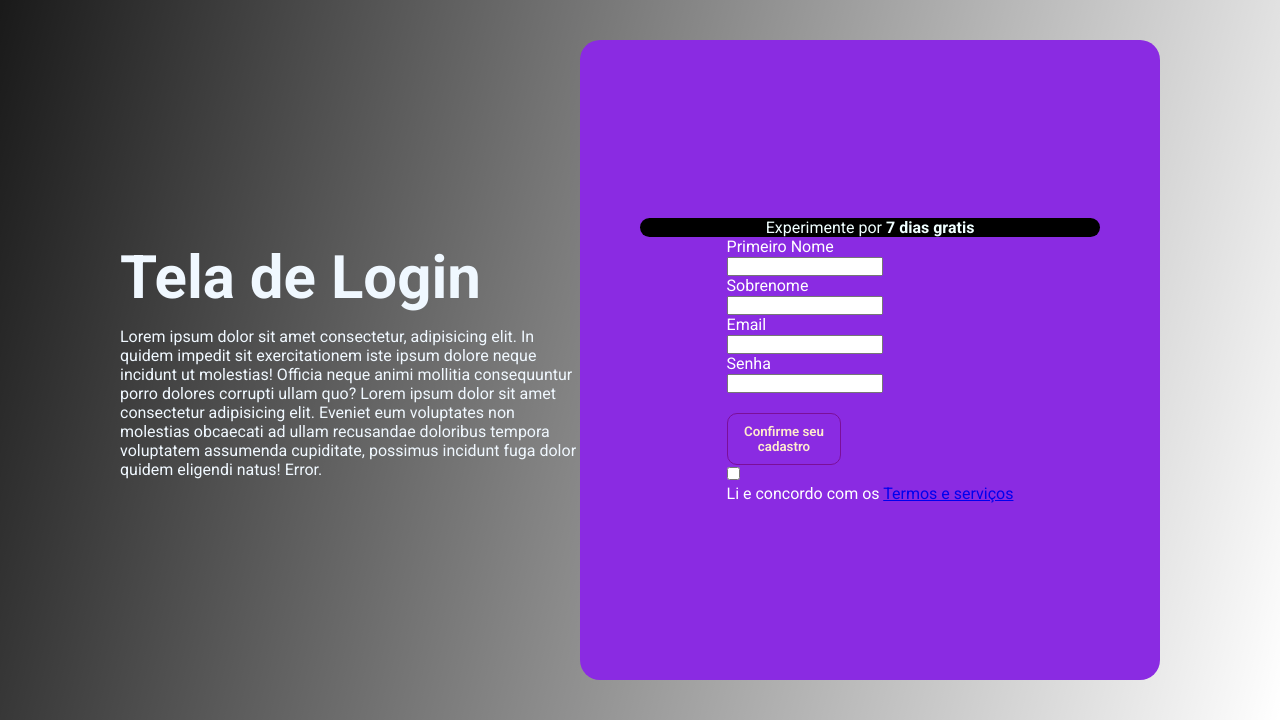
Repository: gimoli/tela-login
Page: index.html
An editor plug-in stored every save of this project. The page is shown before and after the next save, followed by the edit.
The browser window is 1280 px wide. The pictures show the whole page.

Above is the page before, as saved 2025-04-16 22:06:03.

### index.html
<!DOCTYPE html>
<html lang="pt-br">
<head>
    <meta charset="UTF-8">
    <meta name="viewport" content="width=device-width, initial-scale=1.0">
    <title>Document</title>
    <link rel="stylesheet" href="style.css">
    <link rel="preconnect" href="https://fonts.googleapis.com">
<link rel="preconnect" href="https://fonts.gstatic.com" crossorigin>
<link href="https://fonts.googleapis.com/css2?family=Roboto:ital,wght@0,100..900;1,100..900&display=swap" rel="stylesheet">
</head>
<body>
    <main>
            <div class="container-left">
                <h1>Tela de Login</h1>
                <p>Lorem ipsum dolor sit amet consectetur, adipisicing elit. In quidem impedit sit exercitationem iste ipsum dolore neque incidunt ut molestias!
                     Officia neque animi mollitia consequuntur porro dolores corrupti ullam quo? Lorem ipsum dolor sit amet consectetur adipisicing elit.
                     Eveniet eum voluptates non molestias obcaecati ad ullam recusandae doloribus tempora voluptatem assumenda cupiditate,
                      possimus incidunt fuga dolor quidem eligendi natus! Error.</p>
            </div>

            <div class="container-right">
               <a href="a" class="teste-gratis">
                  <p>Experimente por <b>7 dias gratis</b></p>
                  </a>

                  <div class="forms">
                    <form>
                        <div>
                            <label for="name">
                                <p>Primeiro Nome</p>
                                <input id="name" type="text" />
                            </label>
                        </div>

                        <div>
                            <label for="lastname">
                                <p>Sobrenome</p>
                                <input id="lastname" type="text" />
                            </label>
                        </div>

                        <div>
                            <label>
                                <p>Email</p>
                                <input id="email" type="email" />
                            </label>
                        </div>

                        <div>
                            <label>
                                <p>Senha</p>
                                <input id="password" type="password" />
                            </label>
                        </div>

                        <button type="submit">
                            <p>Confirme seu cadastro</p>
                        </button>

                        <div>
                            <input type="checkbox">
                            <p> Li e concordo com os <a href="a"> Termos e serviços</a> </p>
                        </div>

                    </form>
                </div>
            </div>
    </main>
</body>
</html>

### style.css
* {
    margin: 0;
    padding: 0;
    box-sizing: border-box;
    font-family: "Roboto", sans-serif;
}

main {
    display: flex;
    background-image: url("assets/um-fundo-roxo-e-azul-com-um-fundo-roxo.avif") no-repeat center center;
    background-size: cover;
    position: relative;
    height: 100vh;
    z-index: 0;
    padding: 40px 120px;

    &::after{
        content: "";
        background: linear-gradient(105deg, black 0%, rgba(0, 0, 0, 0) 100%);
        position: absolute;
        top: 0;
        left: 0;
        opacity: 0.9;
        width: 100%;
        height: 100%;
        z-index: -1;
    }
}

.container-left {
    color: aliceblue;
    display: flex;
    justify-content: center;
    flex-direction: column;
    gap: 14px;
}

.container-left h1{
    cursor: pointer;
    font-size: 60px;

    &:houver::after{
        content: "";
        position: absolute;
        bottom: 380px;
        left: 120px;
        background-color: aquamarine;
        height: 3px;
        width: 400px;
        animation-name: left-to-right;
        animation-duration: 600ms;
        animation-iteration-count: 1;
    }
}

.container-right {
   display: flex;
   background-color: blueviolet;
   flex-direction: column;
   justify-content: center;
   align-items: center;
   padding: 0 60px;
   border-radius: 20px;
   color: rgb(255, 255, 255);
}

.teste-gratis {
    display: flex;
    justify-content:center;
    align-items: center;
   width: 460px;
   height: ;
    background-color: rgb(0, 0, 0);
    color: azure;
    text-decoration: none;
    border-radius: 20px;
}

.forms {
    display: flex;
    justify-content: center;
}

.forms form{
    gap: 10px;
}

.forms button{
    cursor: pointer;
    margin-top: 20px;
    border-radius: 10px;
    padding: 10px 15px;
    background-color: blueviolet;
    color: blanchedalmond;
    width: 40%;
    align-self: center;
    border: 0.5px solid rgb(123, 15, 153);
    font-weight: 600;

    &:active {
        transform: scale(0.9);
        background-color: rgb(67, 8, 66);
    }

}

.terms {
    display: flex;
    justify-content: center;
    gap: 5px;
}

After the next save:
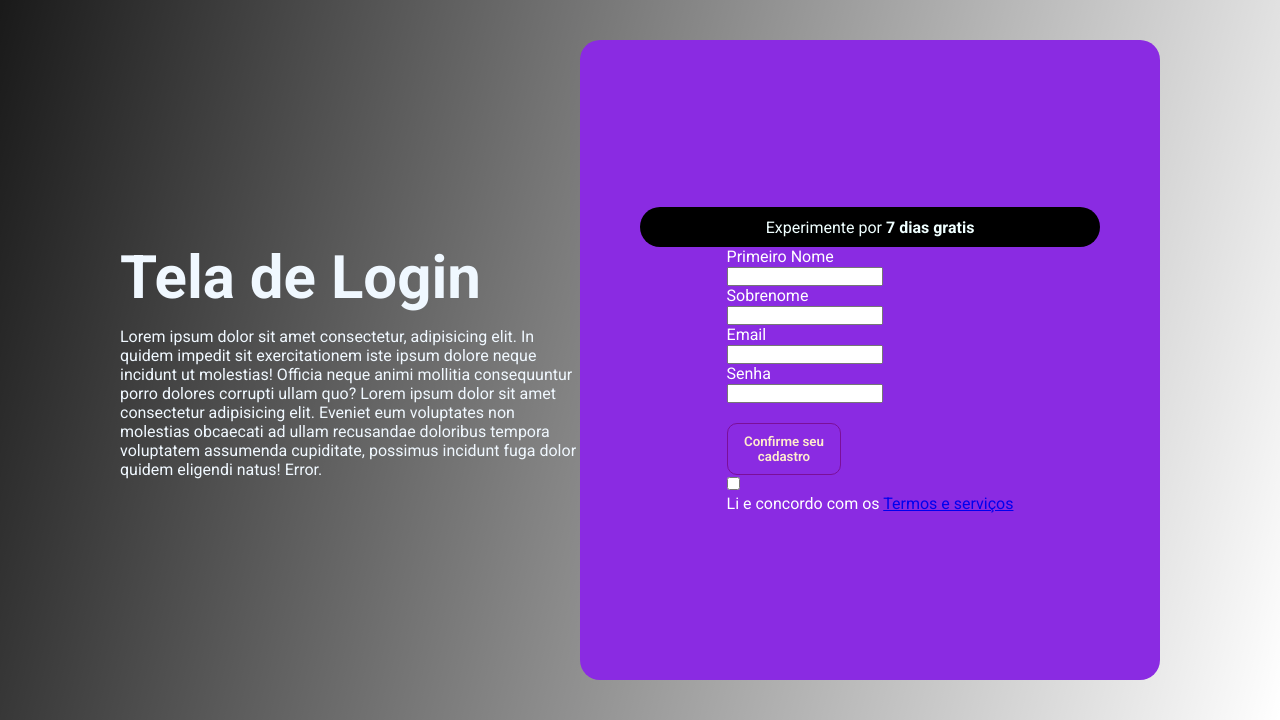
Saved 8 s later.
--- a/style.css
+++ b/style.css
@@ -69,7 +69,7 @@ main {
     justify-content:center;
     align-items: center;
    width: 460px;
-   height: ;
+   height: 40px;
     background-color: rgb(0, 0, 0);
     color: azure;
     text-decoration: none;
